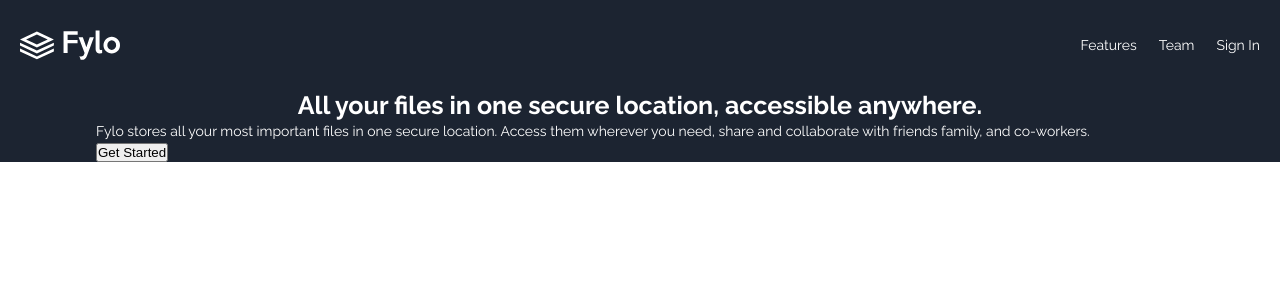
Repository: tomas938/fylo-dark-theme-landing-page-master
Page: index.html
An editor plug-in stored every save of this project. The page is shown before and after the next save, followed by the edit.
The browser window is 1280 px wide. The pictures show the whole page.
The style sheet was rebuilt from its Sass, Less or Tailwind sources for each picture, by a compiler version that may differ from the author's.

Above is the page before, as saved 2021-08-05 11:51:47.

After the next save:
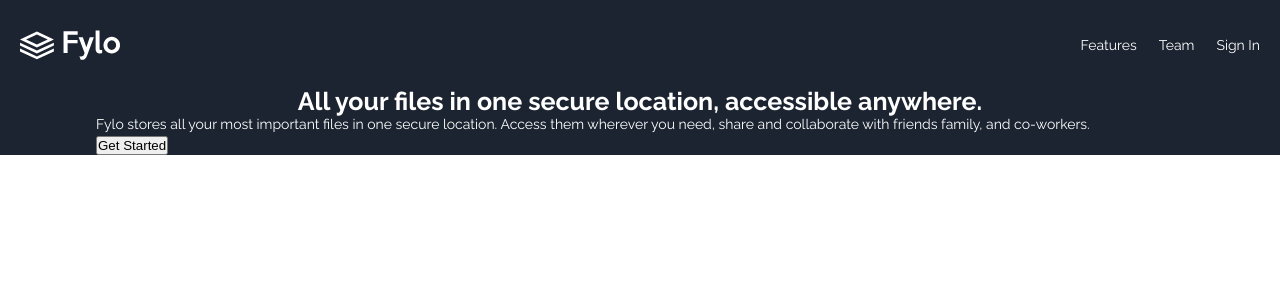
Saved 11 s later.
--- a/scss/_partials/_intro.scss
+++ b/scss/_partials/_intro.scss
@@ -30,6 +30,7 @@
 	h1 {
 		font-size: 2.5rem;
 		text-align: center;
+		line-height: 2.3rem;
 	}
 	p {
 		font-size: 1.4rem;
